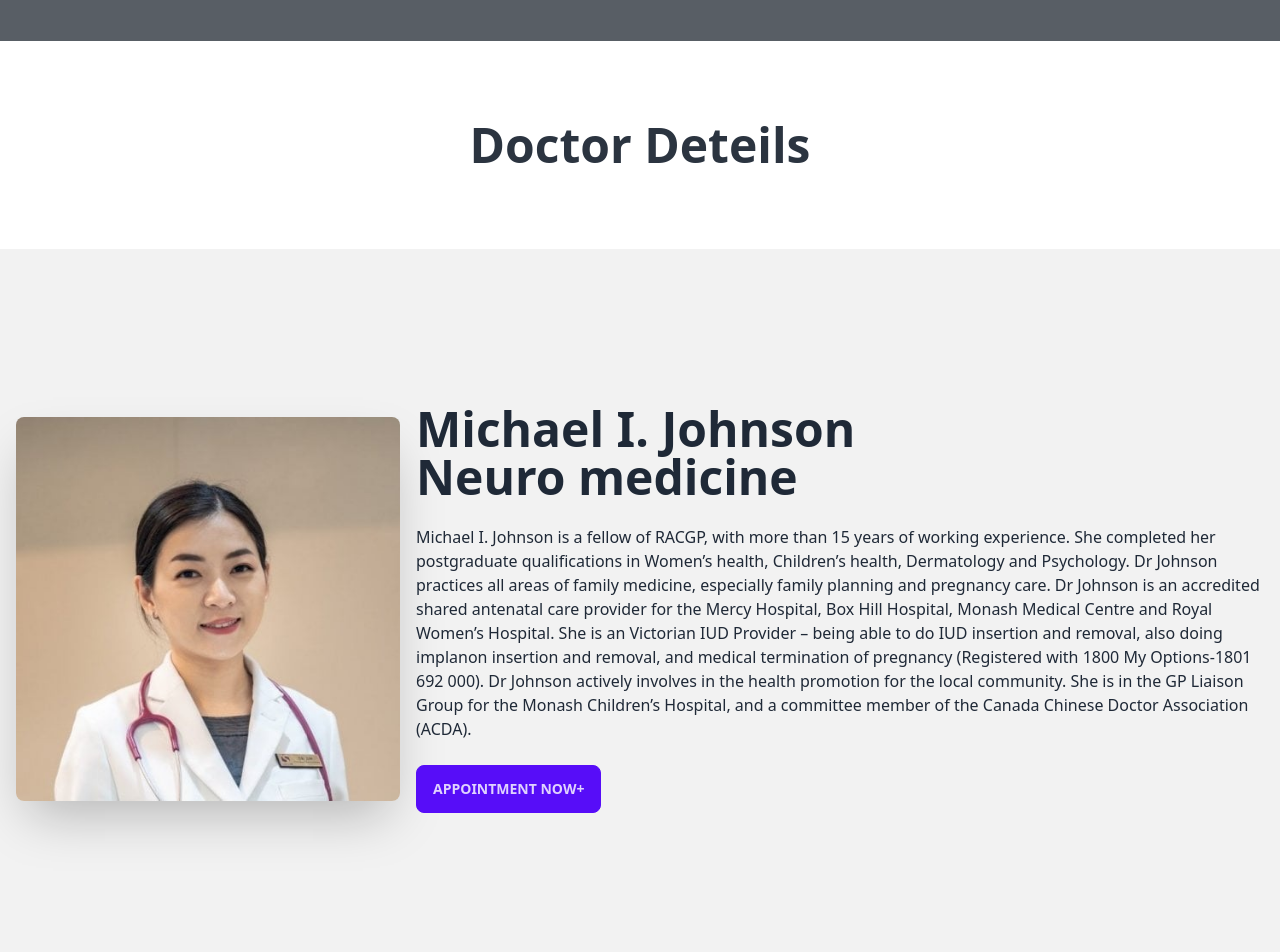
Repository: salmaakter11/Medical-Health
Page: /
An editor plug-in stored every save of this project. The page is shown before and after the next save, followed by the edit.
The browser window is 1280 px wide. The pictures show the part of the page from y = 679 to 1631 px (the page is 3088 px tall).
Pictures or frames that could not be fetched are drawn as grey boxes. The project was rebuilt for these pictures with package versions that can differ from the ones it lists, and the page was loaded fresh each time. Also part of the build but not shown: vite.config.js.

Above is the page before, as saved 2023-07-10 21:42:43.

After the next save:
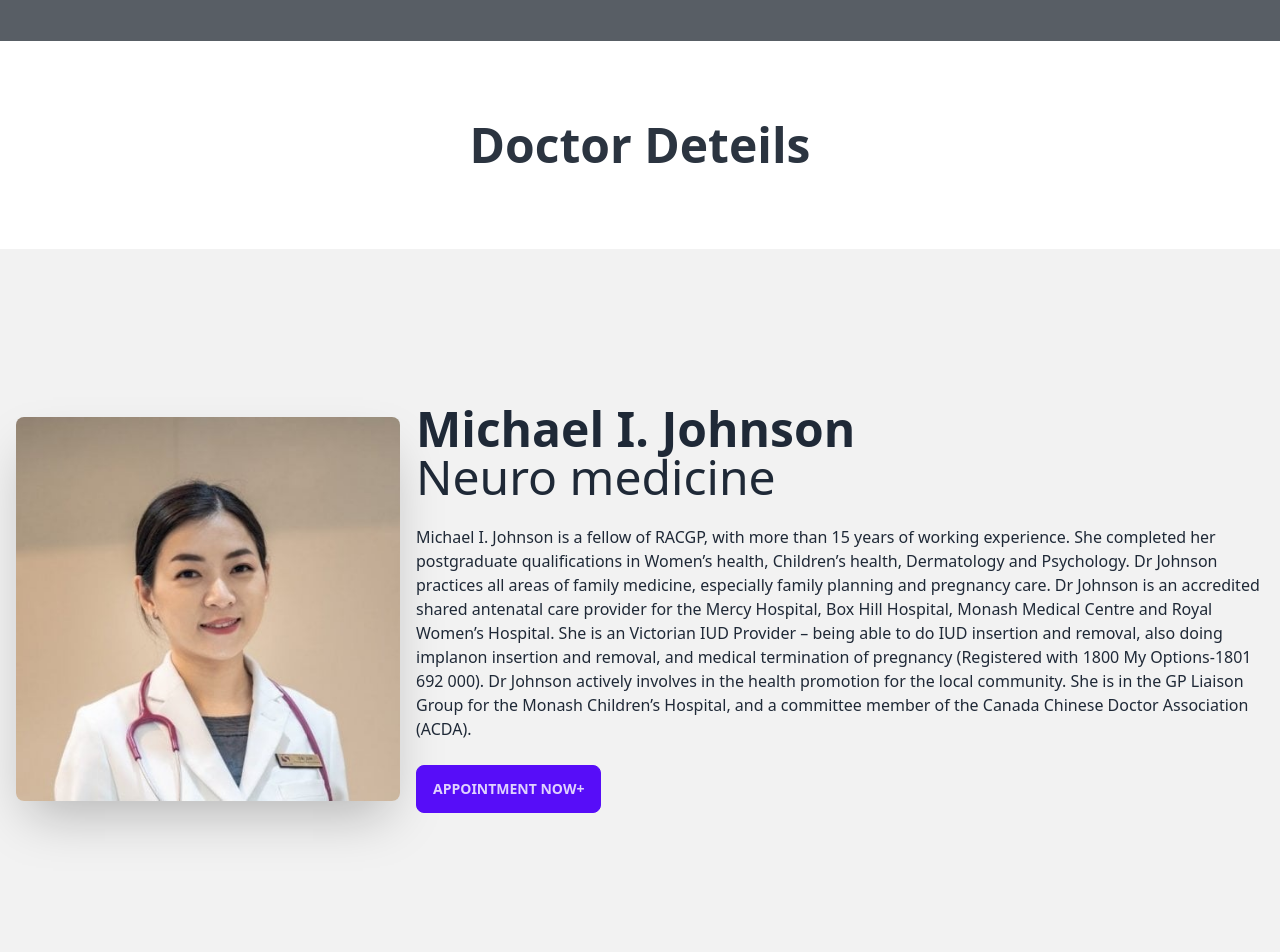
Saved 31 s later.
--- a/src/component/Doctor's/Doctor.jsx
+++ b/src/component/Doctor's/Doctor.jsx
@@ -12,7 +12,7 @@
     <img src={doc1} className="max-w-sm rounded-lg shadow-2xl" />
     <div>
       <h1 className="text-5xl font-bold">Michael I. Johnson</h1>
-      <h6 className="text-5xl font-bold">Neuro medicine </h6>
+      <h6 className="text-5xl ">Neuro medicine </h6>
       <p className="py-6">Michael I. Johnson is a fellow of RACGP, with more than 15 years of working experience. She completed her postgraduate qualifications in Women’s health, Children’s health, Dermatology and Psychology.
 Dr Johnson practices all areas of family medicine, especially family planning and pregnancy care. Dr Johnson is an accredited shared antenatal care provider for the Mercy Hospital, Box Hill Hospital, Monash Medical Centre and Royal Women’s Hospital. She is an Victorian IUD Provider – being able to do IUD insertion and removal, also doing implanon insertion and removal, and medical termination of pregnancy (Registered with 1800 My Options-1801 692 000).
 Dr Johnson actively involves in the health promotion for the local community. She is in the GP Liaison Group for the Monash Children’s Hospital, and a committee member of the Canada Chinese Doctor Association (ACDA).</p>
